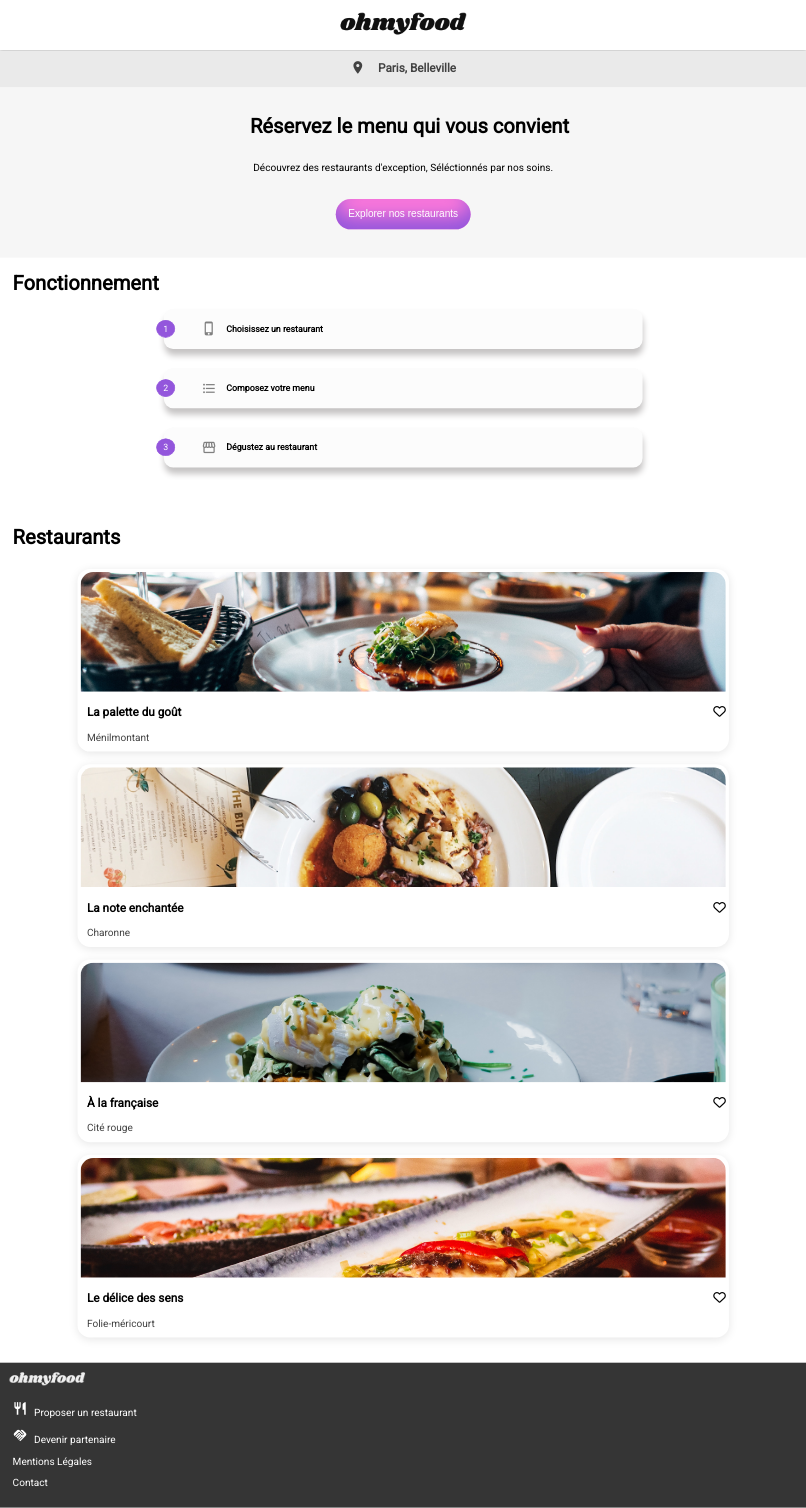
Repository: Liinseyy/Liinseyy
Page: ohmyfood/index.html
The author's editor kept a copy of each file at every save. The page is drawn from the files as they stood at one save, then again after the next save.
The browser window is 1280 px wide. The pictures show the whole page, at 63% of full size.
The pointer rests on the first visible `.blockrestaurants`.
Some web libraries are served in a nearby version. The style sheet was rebuilt from its Sass, Less or Tailwind sources for each picture, by a compiler version that may differ from the author's.

Above is the page before, as saved 2022-04-26 10:48:59.

After the next save:
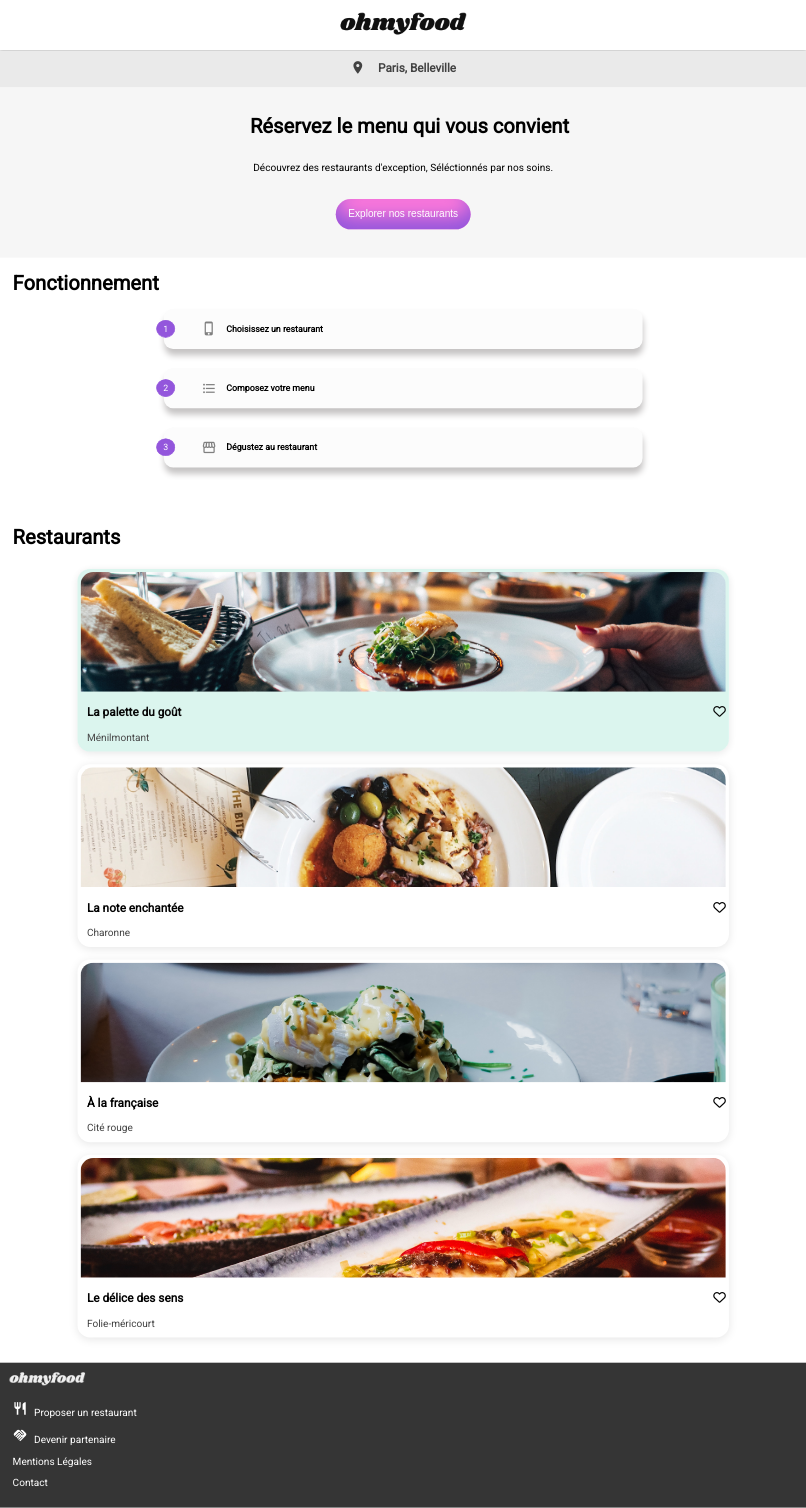
Saved 29 s later.
--- a/ohmyfood/sass/style.scss
+++ b/ohmyfood/sass/style.scss
@@ -150,7 +150,12 @@ h1{
     margin-left:20px;
 }
 
-
+  .blockrestaurants:hover{
+    opacity:1;
+    -webkit-animation: flash 2s;
+    animation:flash 2s;
+    background-color: #99e2d05b;
+    }
 .blockrestaurants{
     display:flex;
     flex-direction: column;
@@ -162,12 +167,7 @@ h1{
     border-radius: 20px;
     box-shadow: 0 3px 15px rgba(0, 0, 0,0.1);
 
-    .blockrestaurants:hover{
-    opacity:1;
-    -webkit-animation: flash 2s;
-    animation:flash 2s;
-    background-color: #99e2d05b;
-    }
+
     img
     {
         height: 190px;
